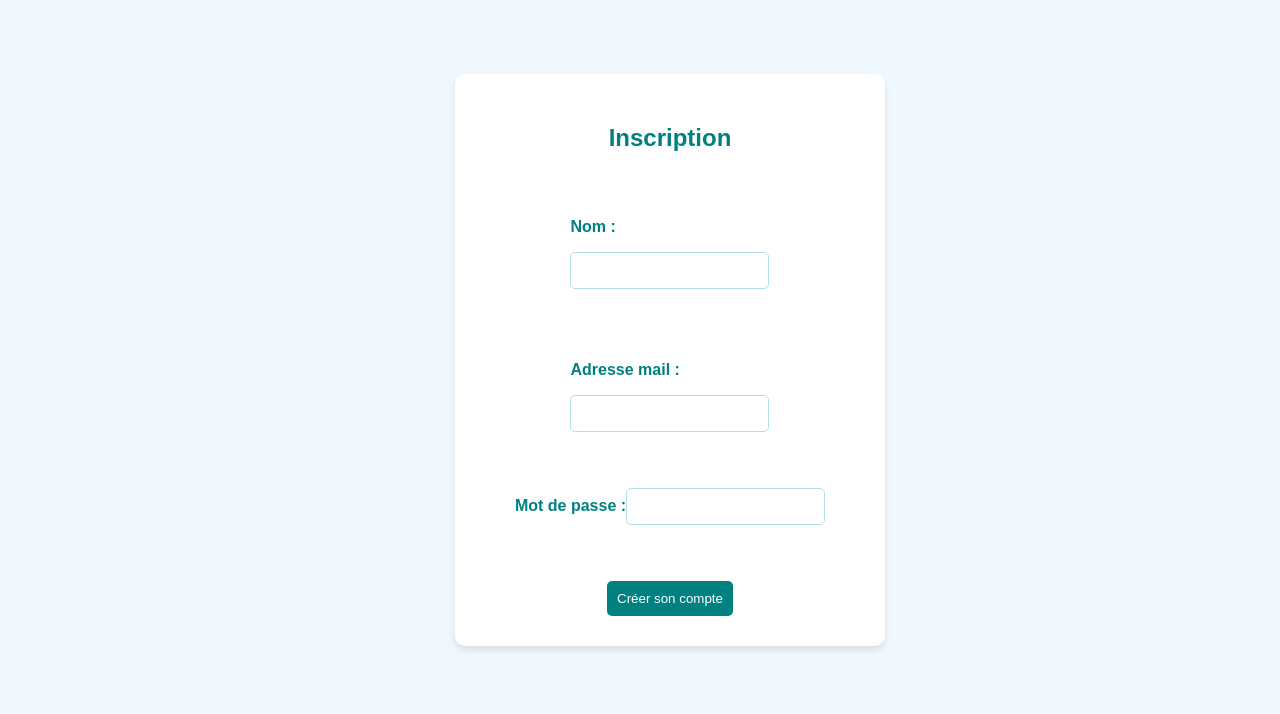
Repository: marwaouahouah1/OdysseyOfMemories
Page: /SignUpUser (app in frontend/)
The author's editor kept a copy of each file at every save. The page is drawn from the files as they stood at one save, then again after a run of saves.
The browser window is 1280 px wide. The pictures show the whole page.
The project was rebuilt for these pictures with package versions that can differ from the ones it lists, and the page was loaded fresh each time. Also part of the build but not shown: frontend/src/Connexion/Login.js, frontend/src/App.js, frontend/src/Profile/Profile.js.

Above is the page before, as saved 2023-04-01 17:42:03.

After the next 2 saves:
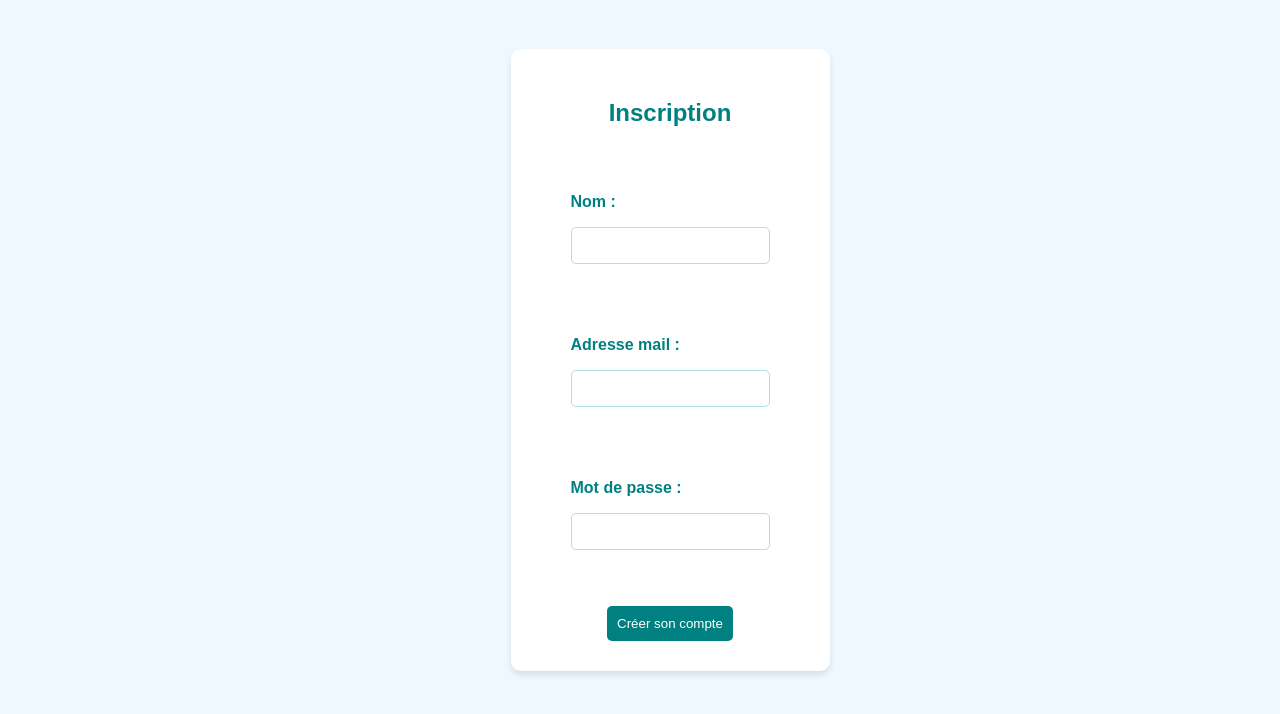
The 2 saves are shown as one change because 1 did not build or start.
The last was saved 10 s later.
--- a/frontend/src/SignUp/SignUpUser.js
+++ b/frontend/src/SignUp/SignUpUser.js
@@ -52,7 +52,7 @@ function SignUpUser() {
       </label>
       <br /><br />
       <label>
-        Mot de passe :
+        <p>Mot de passe :</p>
         <input
           type="password"
           value={password}
